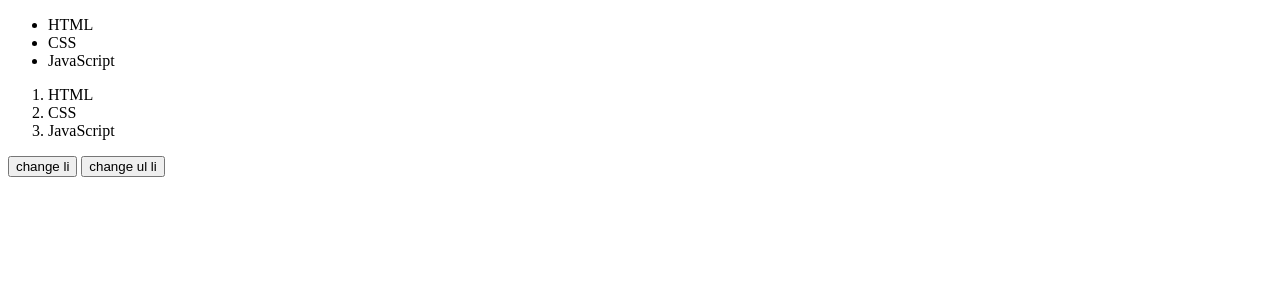
Repository: letzbegin/Study
Page: http://localhost/Javascript/DOM/Ex_00.jsp
The author's editor kept a copy of each file at every save. The page is drawn from the files as they stood at one save, then again after the next save.
The browser window is 1280 px wide. The pictures show the whole page.
After loading, the first visible `#chgli` was clicked once.
The page is served by Tomcat 9. Other server files are loaded and not shown.

Above is the page before, as saved 2018-09-15 15:28:40.
Console error: TypeError: Cannot set properties of undefined (setting 'color')

### web_javascript/Javascript/WebContent/DOM/Ex_00.jsp
<%@ page language="java" contentType="text/html; charset=UTF-8"
    pageEncoding="UTF-8"%>
<!DOCTYPE html PUBLIC "-//W3C//DTD HTML 4.01 Transitional//EN" "http://www.w3.org/TR/html4/loose.dtd">
<html>
<head>
<meta http-equiv="Content-Type" content="text/html; charset=UTF-8">
<title>Insert title here</title>
</head>
<body>
<ul>
	<li>HTML</li>
	<li>CSS</li>
	<li>JavaScript</li>
</ul>

<ol>
	<li>HTML</li>
	<li>CSS</li>
	<li>JavaScript</li>
</ol>
<input type="button" value="change li" id="chgli">
<input type="button" value="change ul li" id="chgulli">
</body>
</html>
<script type="text/javascript">
<!--

//-->
var chgli = document.getElementById('chgli');
chgli.addEventListener('click', function(){
	document.getElementsByTagName("li").style.color='red';
});

var chgulli = document.getElementById('chgulli');
chgli.addEventListener('click', function(){
	document.getElementsByTagName("ul").getElementsByTagName("li").style.color='blue';
});



</script>

After the next save:
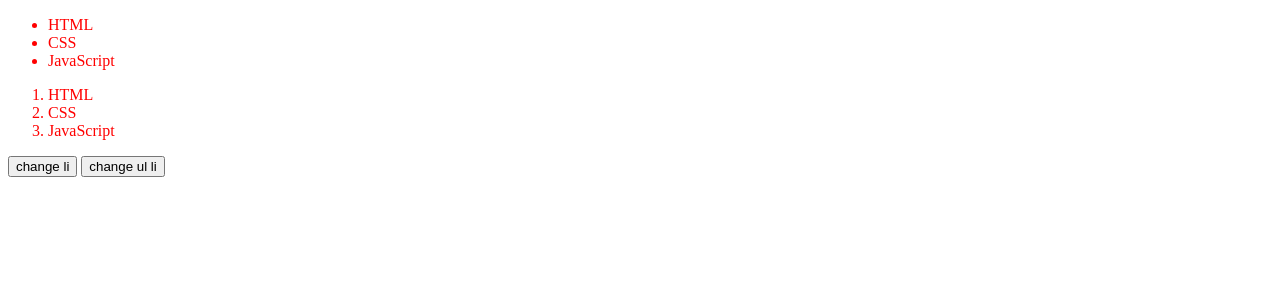
Console error: TypeError: Cannot read properties of undefined (reading 'style')
Saved 89 s later.
--- a/web_javascript/Javascript/WebContent/DOM/Ex_00.jsp
+++ b/web_javascript/Javascript/WebContent/DOM/Ex_00.jsp
@@ -28,7 +28,10 @@
 //-->
 var chgli = document.getElementById('chgli');
 chgli.addEventListener('click', function(){
-	document.getElementsByTagName("li").style.color='red';
+	var lis =document.getElementsByTagName("li");
+	for(var i = 0 ; lis.length ; i++){
+		lis[i].style.color='red';
+	}
 });
 
 var chgulli = document.getElementById('chgulli');
